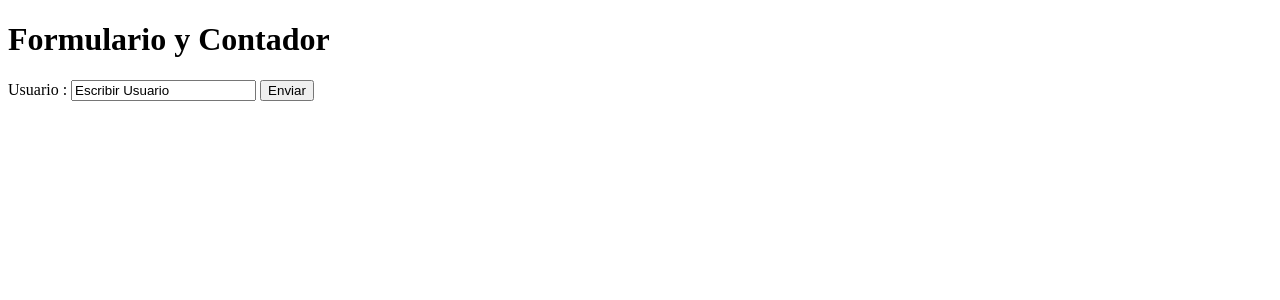
Repository: satfail/J2EE_DAD2_Workspace
Page: DADII_Tarea1/WebContent/index.html
These files come from the project's save history. The page is drawn as it stood at one moment and after the next save; the edit follows.
The browser window is 1280 px wide. The pictures show the whole page.

Above is the page before, as saved 2020-02-13 09:21:40.

After the next save:
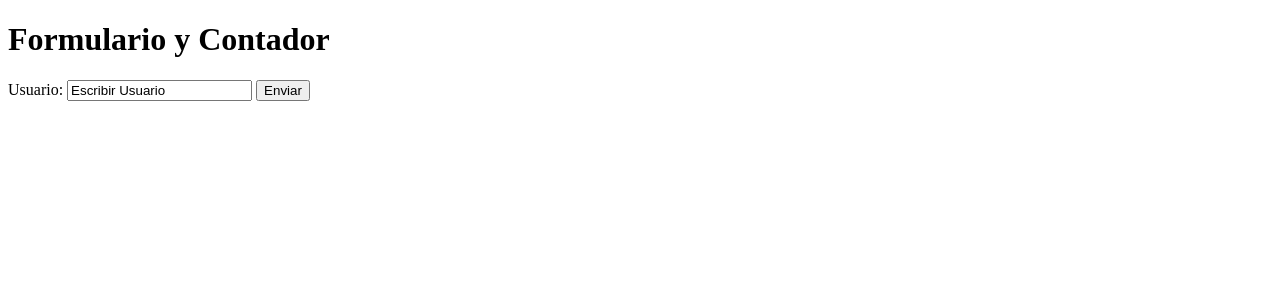
Saved 24 s later.
--- a/DADII_Tarea1/WebContent/index.html
+++ b/DADII_Tarea1/WebContent/index.html
@@ -9,7 +9,7 @@
 		<form name = "form1" action = "Servlet" method = "post"
 		onSubmit ="return validarForma(this)">
 
-			Usuario :
+			Usuario:
 			<input type = "text" name= "usuario"
 						value = "Escribir Usuario" onfocus = this.select()/>
 			<input type = "submit" value ="Enviar" class = "default">
